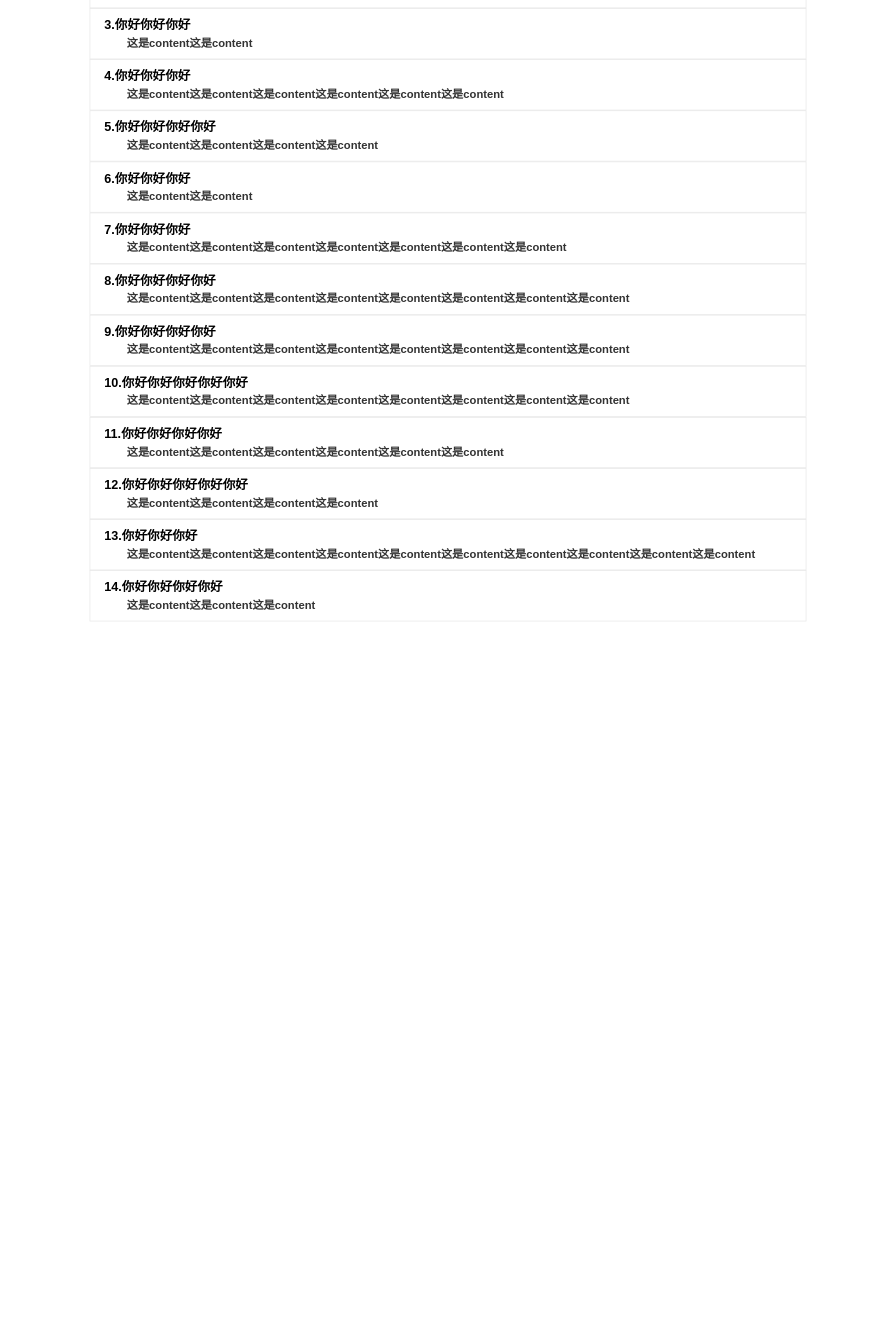
Repository: yuwanlin/react-virtuallist
Page: /
An editor plug-in stored every save of this project. The page is shown before and after the next save, followed by the edit.
The browser window is 1280 px wide. The pictures show the part of the page from y = 434 to 2354 px (the page is 5482 px tall before and 5468 px after), at 70% of full size.
The project was rebuilt for these pictures with package versions that can differ from the ones it lists, and the page was loaded fresh each time.

Above is the page before, as saved 2019-09-23 11:48:49.

### src/index.tsx
import * as React from 'react'
import { render } from 'react-dom'

import './styles.css'
import VirtualList from './containers/virtual-list'
import { data } from './utils/data'

function App() {
  return (
    <div className="App">
      <div className={'hello'}>
        <h1>Hello CodeSandbox</h1>
        <h2>Start editing to see some magic happen!</h2>
      </div>

      <VirtualList
        list={data.list}
        numberOfContainer={10}
      />
    </div>
  )
}

const rootElement = document.getElementById('root')
render(<App/>, rootElement)

### src/containers/virtual-list/index.tsx
import React, { useEffect, useRef, useState, useLayoutEffect } from 'react'
import { Item } from '../../utils/data'
import './style.css'
import ListItem from '../../component/list-item'

interface VirtualListProps {
  beforeBuffer?: number
  afterBuffer?: number
  list: Item[]
  numberOfContainer: number
}

interface ItemPosition {
  top: number
  bottom: number
  index: number
}

const initialPosition = {
  top: 0,
  bottom: 0,
  index: 0,
}

function VirtualList(props: VirtualListProps) {
  const { beforeBuffer = 2, afterBuffer = 2, list = [], numberOfContainer = 10 } = props
  console.log('list.length', list.length)
  const [visibleList, setVisibleList] = useState<Item[]>([])
  const visibleItmesPositionRef = useRef<ItemPosition[]>([])
  const lastScrollItemPosition = useRef<ItemPosition>({ top: 0, bottom: 0, index: 0 })
  const lastScrollTopRef = useRef<number>(0)
  const startIndexRef = useRef<number> (0)
  const listBoxRef = useRef<HTMLDivElement | null>(null)
  let listBoxTopRef = useRef<number>(0);
  // 前面缓存元素的最后一个，这是一个要注意点
  const lastBeforeBufferItemPosition = useRef<ItemPosition>(initialPosition);

  // visible list的paddingTop和paddingBottom
  // 在list总长度不变的情况下，要保持visible list的paddingTop +  height + paddingBottom不变，才可以滚动
  const listOffsetRef = useRef({
    startOffset: 0,
    endOffset: 0
  })



  useEffect(() => {
    window.scrollTo(0, 0);
    listBoxTopRef.current = listBoxRef.current!.getBoundingClientRect().top;
    updateListBoxHeight(window.pageYOffset)
    window.addEventListener('scroll', handleScroll)

    return () => {
      window.removeEventListener('scroll', handleScroll)
    }
  }, [])

  const getScrollTop = () => {
    return Math.max(document.body.scrollTop, document.documentElement.scrollTop, window.pageYOffset)
  }

  const handleScroll = () => {
    const scrollTop = getScrollTop();
    // 滚动条向下滚动
    if(scrollTop > lastScrollTopRef.current) {
      if(scrollTop > lastScrollItemPosition.current.bottom) {
        // const firstItemRect = listBoxRef.current!.children[0].getBoundingClientRect();
        // const { top, height } = firstItemRect;
        // console.log("TCL: handleScroll -> firstItemTop", top + height)
        // if(scrollTop < top + height) {
        //   return;
        // }
        updateStartIndex(scrollTop)
        updateListBoxHeight(scrollTop)
      }
    }

    if(scrollTop < lastScrollTopRef.current) {
      if(scrollTop < lastScrollItemPosition.current.top) {
        updateStartIndex(scrollTop)
        updateListBoxHeight(scrollTop)
      }
    }

    lastScrollTopRef.current = scrollTop
  }

  const updateStartIndex = (scrollTop: number) => {
    const targetItemPosition: ItemPosition = visibleItmesPositionRef.current.find(({ bottom }) => bottom > scrollTop)!
    if(!targetItemPosition) return
    lastScrollItemPosition.current = targetItemPosition
    startIndexRef.current = targetItemPosition.index
  }

  const updateListBoxHeight = (scrollTop: number) => {


    const endIndex: number = startIndexRef.current + numberOfContainer + beforeBuffer + afterBuffer
    let endOffset = 0;
    if(list.length - endIndex - 1 <= 0) {
      endOffset = 0;
    } else {
      // 因为存在缓冲的元素，endIndex会超过list.length - 1
      endOffset = (list.length - endIndex - 1) * 80
    }
    console.log('aaa', lastScrollItemPosition.current.top - lastBeforeBufferItemPosition.current.top)
    listOffsetRef.current = {
      startOffset: lastScrollItemPosition.current.top - lastBeforeBufferItemPosition.current.top,
      endOffset,
    }
    setVisibleList(list.slice(startIndexRef.current, endIndex))
  }

  const handleCalculatePosition = (node: HTMLElement, index: number) => {
    if(!node) return
    const { top, height } = node.getBoundingClientRect()
    const nodeOffsetY = top + getScrollTop()
    const position = {
      top: nodeOffsetY,
      bottom: nodeOffsetY + height,
      index
    }
    visibleItmesPositionRef.current.push(position)
    if(index + 1 === beforeBuffer) {
      lastBeforeBufferItemPosition.current = position;
    }
  }

  let top = listOffsetRef.current.startOffset;
  let bottom = listOffsetRef.current.endOffset;
  top = top < 0 ? 0 : top;
  bottom = bottom < 0 ? 0 : bottom;

  return (
    <div className={'virtual-list-box' + bottom}
      style={{paddingTop: top + 'px', paddingBottom : listOffsetRef.current.endOffset + 'px'}}
      ref={listBoxRef}
    >
      {
        visibleList.map((item: Item, index: number) => {
          const { id, title, content } = item
          return (
            <ListItem
              key={id}
              title={title}
              content={content}
              index={startIndexRef.current + index}
              id={id}
              onCalculatePosition={handleCalculatePosition}
            />
          )
        })
      }
    </div>
  )
}

export default VirtualList

### src/utils/data.ts
import Mock from 'mockjs'

export interface Item {
  id: number
  title: string
  content: string
}
export const data = Mock.mock({
  'list|60-100': [{
    'id|+1': 1,
    'title|2-5': '你好',
    'content|1-10': '这是content'
  }]
})

### src/containers/virtual-list/style.css
body {
    line-height: 1.5;
    box-sizing: border-box;
}

* {
    margin: 0;
    padding: 0;
}

### src/component/list-item/index.tsx
import React, { useEffect, useRef, useLayoutEffect } from 'react'
import './style.css'

interface ListItemProps {
  title: string
  content: string
  onCalculatePosition: (node: HTMLElement, index: number) => void
  index: number
  id: number
}
function ListItem(props: ListItemProps) {
  const { onCalculatePosition, title, content, id, index } = props
  const itemRef = useRef(null)
  useLayoutEffect(() => {
    itemRef.current && onCalculatePosition(itemRef.current!, index)
  }, [])
  return (
    <div className={'list-item'} ref={itemRef}>
      <h2 className={'title'}>{id}.{title}</h2>
      <h3 className={'content'}>{content}</h3>
    </div>
  )
}

export default ListItem

### src/component/list-item/style.css
.list-item {
    text-align: left;
    border: 1px solid #e7e7e7;
    padding: 10px 20px;
    width: 80%;
    margin: 0 auto 0;
    height: auto;
}

.title {
    font-size: 18px;
    color: #000;
}

.content {
    font-size: 16px;
    color: #333;
    text-indent: 2em;
    word-break: break-all;
}

Loaded but not shown: public/index.html (common file); src/styles.css (common file)

After the next save:
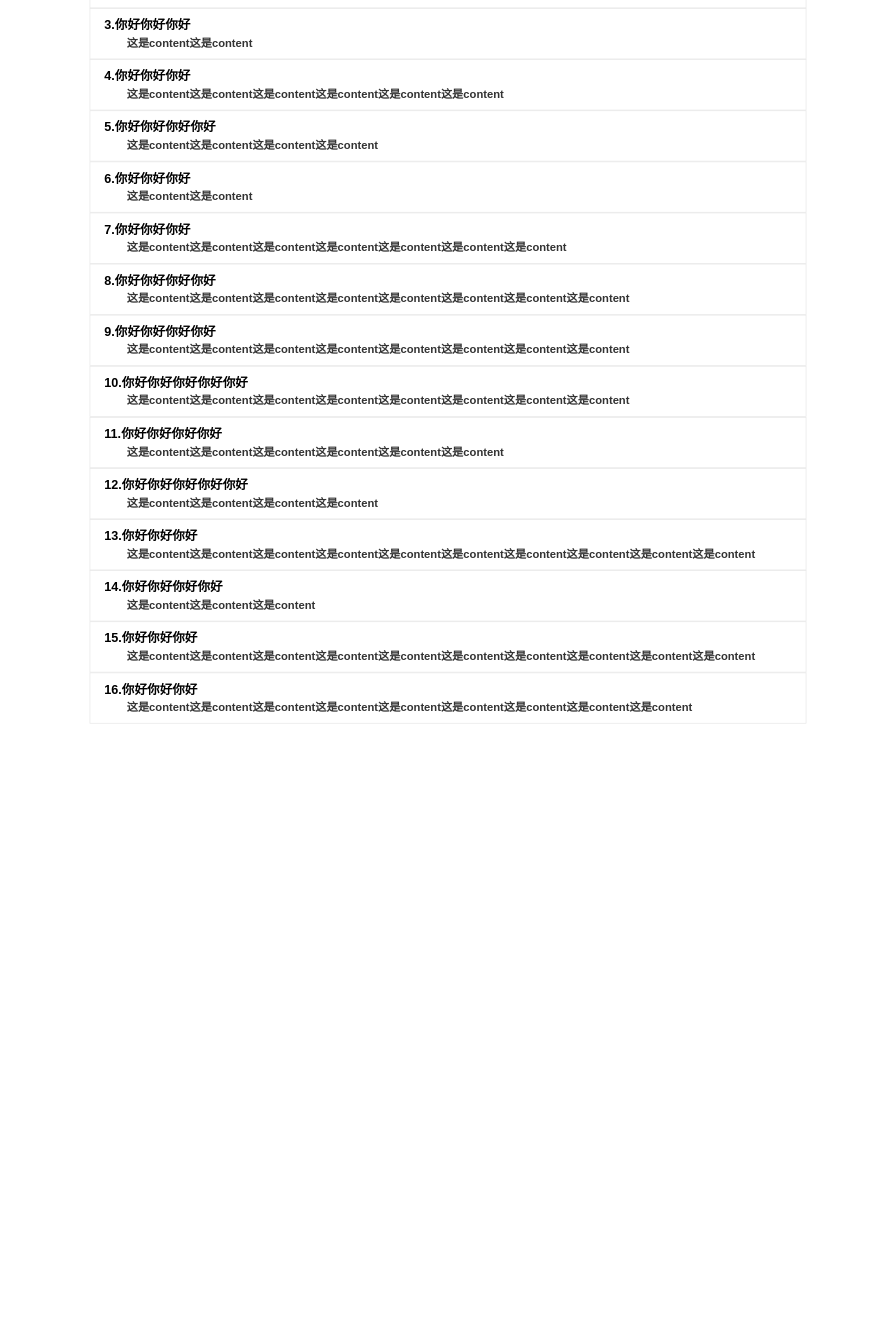
Saved 23 s later.
--- a/src/containers/virtual-list/index.tsx
+++ b/src/containers/virtual-list/index.tsx
@@ -23,7 +23,7 @@ const initialPosition = {
 }
 
 function VirtualList(props: VirtualListProps) {
-  const { beforeBuffer = 2, afterBuffer = 2, list = [], numberOfContainer = 10 } = props
+  const { beforeBuffer = 3, afterBuffer = 3, list = [], numberOfContainer = 10 } = props
   console.log('list.length', list.length)
   const [visibleList, setVisibleList] = useState<Item[]>([])
   const visibleItmesPositionRef = useRef<ItemPosition[]>([])
